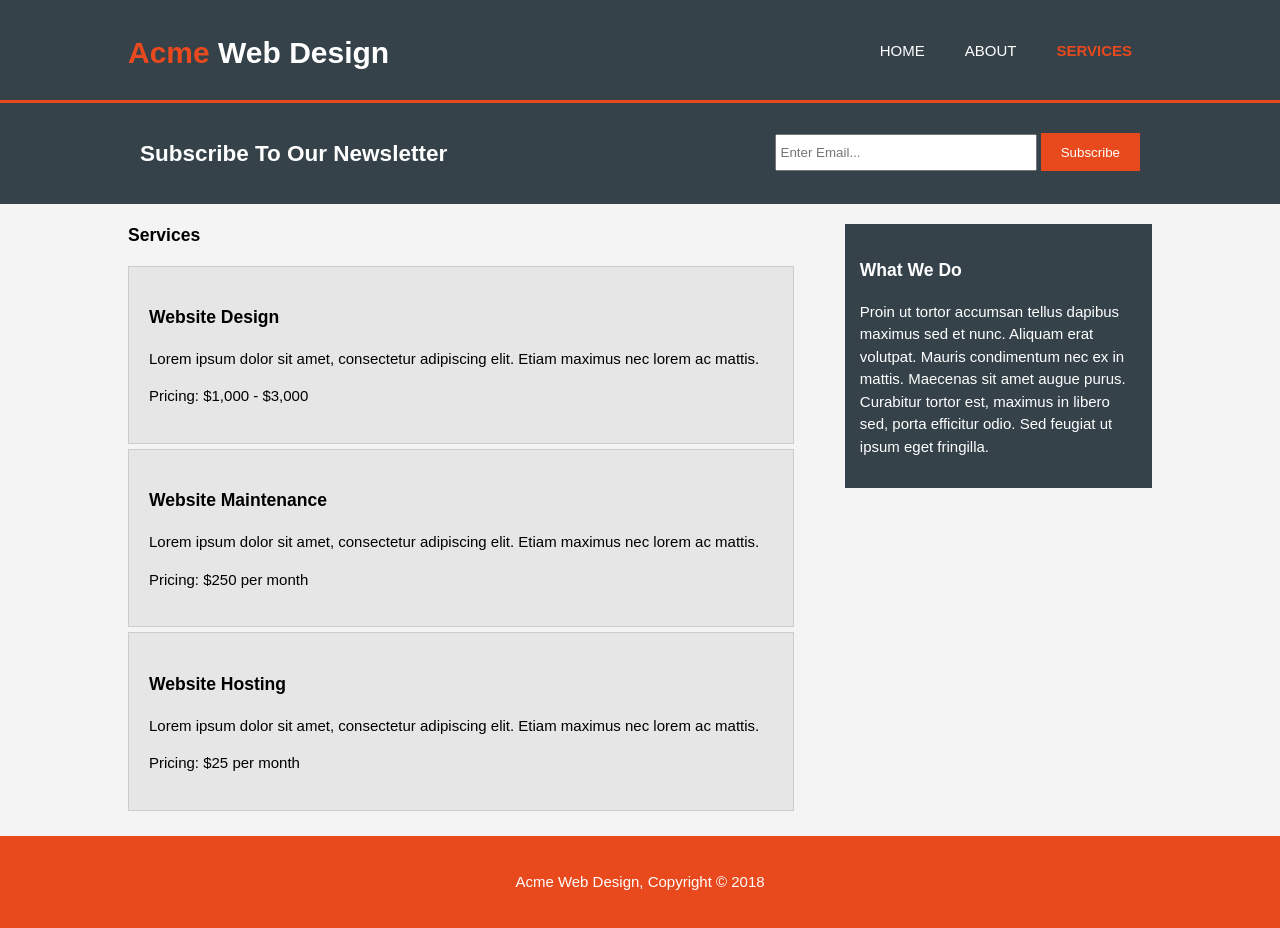
Repository: pablitoe61/exercices-html
Page: responsive/services.html
The author's editor kept a record of every edit. The page is drawn from the files as they stood at one moment, then again after the next edit.
The browser window is 1280 px wide. The pictures show the whole page.
Some web libraries are served in a nearby version.

Above is the page before.

### responsive/services.html
<!DOCTYPE html>
    <html lang="en">
        <head>
            <title>Acme Web Design | Services</title>
            <meta charset="UTF-8">
            <meta name="viewport" content="width=device-width, initial-scale=1.0">
            <meta http-equiv="X-UA-Compatible" content="ie=edge">
            <meta name="description" content="Affordable and professional web design">
            <meta name="keywords" content="web design, affordable web design, professional web design">
            <meta name="author" content="Pablo Espinoza">
            <link rel="stylesheet" href="https://use.fontawesome.com/releases/v5.5.0/css/all.css" integrity="sha384-B4dIYHKNBt8Bc12p+WXckhzcICo0wtJAoU8YZTY5qE0Id1GSseTk6S+L3BlXeVIU" crossorigin="anonymous">
            <link rel="stylesheet" href="css/styles.css">
        </head>
        <body>

            <header>
                <div class="container">
                    <div id="branding">
                        <h1><span class="highlight">Acme</span> Web Design</h1>
                    </div>
                    <nav>
                        <ul>
                            <li><a href="index.html">Home</a></li>
                            <li><a href="about.html">About</a></li>
                            <li class="current"><a href="services.html">Services</a></li>
                        </ul>
                    </nav>
                </div>
            </header>


            <section id="newsletter">
                <div class="container">
                    <h1>Subscribe To Our Newsletter</h1>
                    <form>
                        <input type="email" placeholder="Enter Email...">
                        <button type="submit" class="button_1">Subscribe</button>
                    </form>
                </div>
            </section>

            <section id="main">
                <div class="container">
                    <article id="main-col">
                        <h1 class="page-title">Services</h1>
                        <ul id="services">
                            <li>
                                <h3>Website Design</h3>
                                <p>Lorem ipsum dolor sit amet, consectetur adipiscing elit. Etiam maximus nec lorem ac mattis.</p>
                                <p>Pricing: $1,000 - $3,000</p>
                            </li>
                            <li>
                                <h3>Website Maintenance</h3>
                                <p>Lorem ipsum dolor sit amet, consectetur adipiscing elit. Etiam maximus nec lorem ac mattis.</p>
                                <p>Pricing: $250 per month</p>
                            </li>
                            <li>
                                <h3>Website Hosting</h3>
                                <p>Lorem ipsum dolor sit amet, consectetur adipiscing elit. Etiam maximus nec lorem ac mattis.</p>
                                <p>Pricing: $25 per month</p>
                            </li>
                        </ul>
                    </article>

                    <aside id="sidebar">
                        <div class="dark">
                            <h3>What We Do</h3>
                            <p>Proin ut tortor accumsan tellus dapibus maximus sed et nunc. Aliquam erat volutpat. Mauris condimentum nec ex in mattis. Maecenas sit amet augue purus. Curabitur tortor est, maximus in libero sed, porta efficitur odio. Sed feugiat ut ipsum eget fringilla.</p>
                        </div>
                    </aside>
                </div>
            </section>

            <footer>
                <p>Acme Web Design, Copyright &copy; 2018</p>
            </footer>

        </body>
    </html>

### responsive/css/styles.css
body{
    font: 15px/1.5 Arial, Helvetica, sans-serif;
    padding:0;
    margin:0;
    background-color:#f4f4f4;
}

/* Global */

.container{
    width:80%;
    margin:auto;
    overflow:hidden;
}

ul{
    margin:0;
    padding:0;
}

.button_1{
    height:38px;
    background:#e8491d;
    border:0;
    padding: 0 20px;
    color:#fff;
}

.dark{
    padding:15px;
    background:#35424a;
    color:#fff;
    margin-top:10px;
    margin-bottom:10px;
}

/* Header */

header{
    background:#35424a;
    color:#ffffff;
    padding-top:30px;
    min-height:70px;
    border-bottom:#e8491d 3px solid;
}

header a{
    color:#fff;
    text-decoration:none;
    text-transform:uppercase;
}

header ul{
    margin:0;
    padding:0;
}

header li{
    float:left;
    display: inline;
    padding: 0 20px;
}

header #branding{
    float:left;
}

header #branding h1{
    margin:0;
}

header nav{
    float:right;
    margin-top:10px;
}

header .highlight, header .current a{
    color:#e8491d;
    font-weight:bold;
}

header a:hover{
    color:#ccc;
    font-weight:bold;
}

/* Showcase */

#showcase{
    min-height:400px;
    background:url(../img/showcase.jpg) no-repeat -600px -700px;
    filter:grayscale(20%);
    text-align:center;
    color:#fff;
}

#showcase h1{
    margin-top:100px;
    font-size:55px;
    margin-bottom:10px;
}

#showcase p{
    font-size:20px;
}

/* Newsletter */

#newsletter{
    padding:15px;
    color:#fff;
    background:#35424a;
}

#newsletter h1{
    float:left;
}

#newsletter form{
    float:right;
    margin-top:15px;
}

#newsletter input[type="email"]{
    padding:4px;
    height:25px;
    width:250px;
}

/* Boxes */

#boxes{
    margin-top:20px;
}

#boxes .box{
    float:left;
    text-align:center;
    width:30%;
    padding:10px;
}

#boxes .box .logu{
    font-size: 150px;
}

.fa-html5{
    color:#F16529;
}

.fa-css3-alt{
    color:#2A65F1;
}


/* Sidebar */

aside#sidebar{
    float:right;
    width:30%;
    margin-top:10px;
}

aside#sidebar .quote input, aside#sidebar .quote input {
    width:90%;
    padding:5px;
}

/* Main-col */

article#main-col{
    float:left;
    width:65%;
}

/* Services */

ul#services li{
    list-style:none;
    padding:20px;
    border: #ccc solid 1px;
    margin-bottom:5px;
    background:#e6e6e6;
}

footer{
    padding:20px;
    margin-top:20px;
    color:#fff;
    background-color:#e8491d;
    text-align:center;
}

/* Media Queries */

@media(max-width: 768px){
    header #branding,
    header nav,
    header nav li,
    #newsletter h1,
    #newsletter form{
        float:none;
        text-align:center;
        width:100%;
    }

    header{
        padding-bottom:20px;
    }

    #showcase h1{
        margin-top:40px;
    }

    #newsletter button{
        display:block;
        width:100%;
    }

    #newsletter form input[type="email"]{
        width:100%;
        margin-bottom:5px;
    }
}

After the next edit:
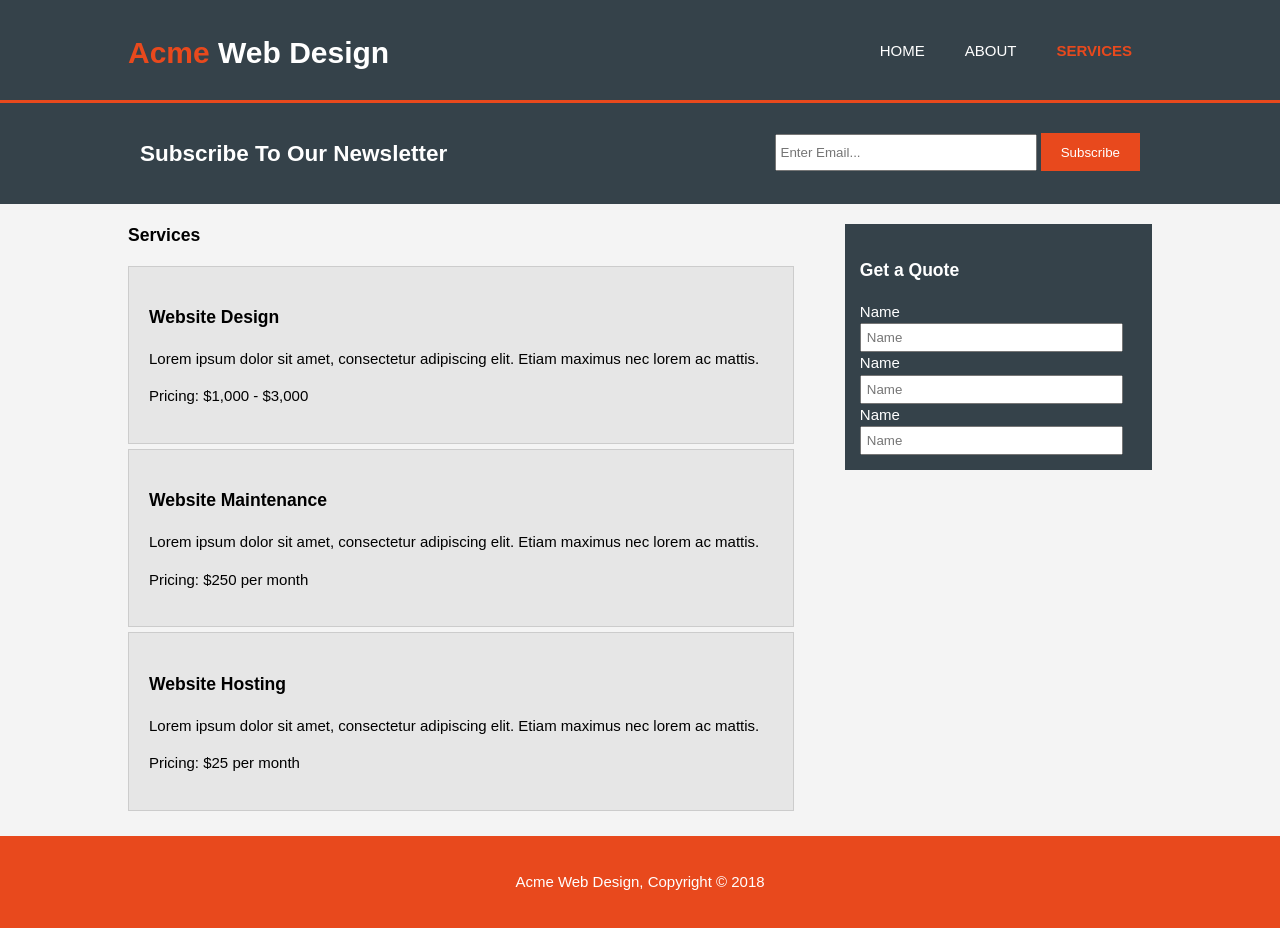
The edit:
--- a/responsive/services.html
+++ b/responsive/services.html
@@ -64,8 +64,21 @@
 
                     <aside id="sidebar">
                         <div class="dark">
-                            <h3>What We Do</h3>
-                            <p>Proin ut tortor accumsan tellus dapibus maximus sed et nunc. Aliquam erat volutpat. Mauris condimentum nec ex in mattis. Maecenas sit amet augue purus. Curabitur tortor est, maximus in libero sed, porta efficitur odio. Sed feugiat ut ipsum eget fringilla.</p>
+                            <h3>Get a Quote</h3>
+                            <form class="quote">
+                                <div>
+                                    <label>Name</label><br>
+                                    <input type="text" placeholder="Name">
+                                </div>
+                                <div>
+                                    <label>Name</label><br>
+                                    <input type="text" placeholder="Name">
+                                </div>
+                                <div>
+                                    <label>Name</label><br>
+                                    <input type="text" placeholder="Name">
+                                </div>
+                            </form>
                         </div>
                     </aside>
                 </div>
